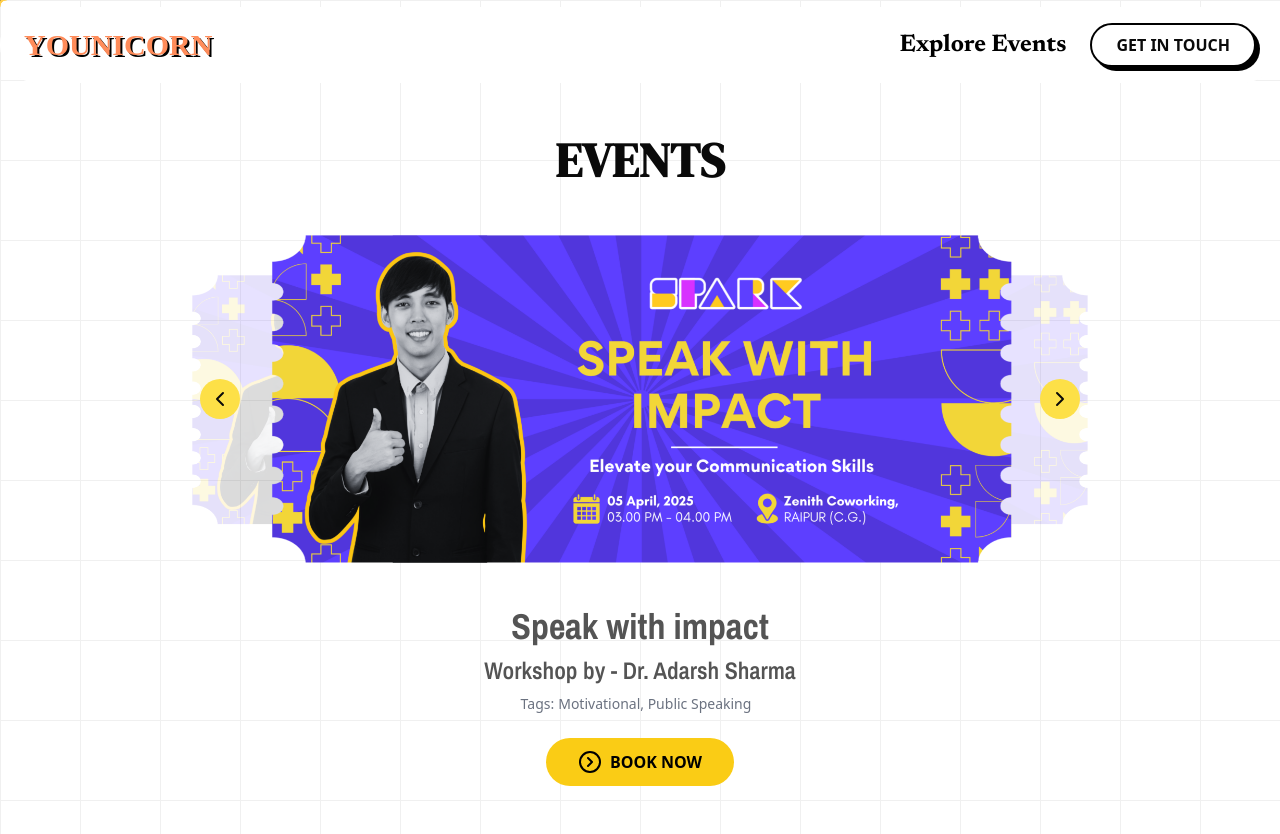
Repository: as-avni/dreamersite
Page: /events
An editor plug-in stored every save of this project. The page is shown before and after the next save, followed by the edit.
The browser window is 1280 px wide. The pictures show the whole page.
Some web fonts or font styles are not loaded; a fallback is used. The project was rebuilt for these pictures with package versions that can differ from the ones it lists, and the page was loaded fresh each time. The framework's server and built-in components were replaced by stand-ins that run in the browser. Also part of the build but not shown: next.config.ts.

Above is the page before, as saved 2025-03-27 17:53:48.

### src/app/layout.tsx

import type { Metadata } from "next";
import { Geist, Geist_Mono } from "next/font/google";
import "./globals.css";
import Header from "@/components/navbar";

const geistSans = Geist({
  variable: "--font-geist-sans",
  subsets: ["latin"],
});

const geistMono = Geist_Mono({
  variable: "--font-geist-mono",
  subsets: ["latin"],
});

export const metadata: Metadata = {
  title: "Younicorn",
  description: "A community of entrepreneurs, aspiring entrepreneurs, leaders and professionals from any industry who come together to gain and give massive exposure to the leaders of tomorrow.",
};

export default function RootLayout({
  children,
}: Readonly<{
  children: React.ReactNode;
}>) {
  return (
    <html lang="en">
      <body className={`${geistSans.variable} ${geistMono.variable}`}>
        <Header />
        {children}
      </body>
    </html>
  );
}

### src/app/events/page.tsx
import CustomCursor from "@/hooks/CustomCursor"
import EventsPage from "./events-page"

export default function Home() {
    return (
        <main className="min-h-screen bg-white font-sans antialiased">
        <CustomCursor />
        <EventsPage />
        </main>
    )
}

### src/app/globals.css
@import url('https://fonts.googleapis.com/css2?family=Anek+Devanagari:wght@100..800&family=Khand:wght@300;400;500;600;700&family=Newsreader:ital,opsz,wght@0,6..72,200..800;1,6..72,200..800&family=Noto+Sans:ital,wght@0,100..900;1,100..900&family=Poppins:ital,wght@0,100;0,200;0,300;0,400;0,500;0,600;0,700;0,800;0,900;1,100;1,200;1,300;1,400;1,500;1,600;1,700;1,800;1,900&family=Rampart+One&display=swap');
@import url('https://fonts.googleapis.com/css2?family=Anek+Devanagari:wght@100..800&family=Archivo+Narrow:ital,wght@0,400..700;1,400..700&family=Khand:wght@300;400;500;600;700&family=Newsreader:ital,opsz,wght@0,6..72,200..800;1,6..72,200..800&family=Noto+Sans:ital,wght@0,100..900;1,100..900&family=Poppins:ital,wght@0,100;0,200;0,300;0,400;0,500;0,600;0,700;0,800;0,900;1,100;1,200;1,300;1,400;1,500;1,600;1,700;1,800;1,900&family=Rampart+One&display=swap');
@import url('https://fonts.googleapis.com/css2?family=Archivo+Narrow:ital,wght@0,400..700;1,400..700&display=swap');

@import url('https://fonts.googleapis.com/css2?family=DM+Serif+Display:ital@0;1&display=swap');


@tailwind base;
@tailwind components;
@tailwind utilities;

html,
body {
  max-width: 100vw;
  overflow-x: hidden;
}

* {
  cursor: none;
}
input, textarea, button, select, a {
  cursor: auto;
}

.blinking-cursor {
  display: inline-block;
  width: 10px;
  height: 5rem; /* Adjust height to match text size */
  vertical-align: middle; /* Align with text */
  animation: blink 0.8s steps(2, start) infinite;
  font-family: 'Courier New', monospace;
}

@keyframes blink {
  50% {
    opacity: 0;
  }
}

body {
  -webkit-font-smoothing: antialiased;
  -moz-osx-font-smoothing: grayscale;

}



* {
  box-sizing: border-box;
  padding: 0;
  margin: 0;
}

a {
  color: inherit;
  text-decoration: none;
}

@media (prefers-color-scheme: dark) {
  html {
    color-scheme: dark;
  }
}

@layer base {
  :root {
    --background: 0 0% 100%;
    --foreground: 0 0% 3.9%;
    --card: 0 0% 100%;
    --card-foreground: 0 0% 3.9%;
    --popover: 0 0% 100%;
    --popover-foreground: 0 0% 3.9%;
    --primary: 0 0% 9%;
    --primary-foreground: 0 0% 98%;
    --secondary: 0 0% 96.1%;
    --secondary-foreground: 0 0% 9%;
    --muted: 0 0% 96.1%;
    --muted-foreground: 0 0% 45.1%;
    --accent: 0 0% 96.1%;
    --accent-foreground: 0 0% 9%;
    --destructive: 0 84.2% 60.2%;
    --destructive-foreground: 0 0% 98%;
    --border: 0 0% 89.8%;
    --input: 0 0% 89.8%;
    --ring: 0 0% 3.9%;
    --chart-1: 12 76% 61%;
    --chart-2: 173 58% 39%;
    --chart-3: 197 37% 24%;
    --chart-4: 43 74% 66%;
    --chart-5: 27 87% 67%;
    --radius: 0.5rem;
  }
  .dark {
    --background: 0 0% 3.9%;
    --foreground: 0 0% 98%;
    --card: 0 0% 3.9%;
    --card-foreground: 0 0% 98%;
    --popover: 0 0% 3.9%;
    --popover-foreground: 0 0% 98%;
    --primary: 0 0% 98%;
    --primary-foreground: 0 0% 9%;
    --secondary: 0 0% 14.9%;
    --secondary-foreground: 0 0% 98%;
    --muted: 0 0% 14.9%;
    --muted-foreground: 0 0% 63.9%;
    --accent: 0 0% 14.9%;
    --accent-foreground: 0 0% 98%;
    --destructive: 0 62.8% 30.6%;
    --destructive-foreground: 0 0% 98%;
    --border: 0 0% 14.9%;
    --input: 0 0% 14.9%;
    --ring: 0 0% 83.1%;
    --chart-1: 220 70% 50%;
    --chart-2: 160 60% 45%;
    --chart-3: 30 80% 55%;
    --chart-4: 280 65% 60%;
    --chart-5: 340 75% 55%;
  }
}

@layer base {
  * {
    @apply border-border;
  }
  body {
    @apply bg-background text-foreground;
  }
}

### src/components/navbar.tsx
"use client";

import { useState } from "react";
import Link from "next/link";

export default function Header() {
  const [isOpen, setIsOpen] = useState(false);

  return (
    <header className="w-full py-4 px-6 flex items-center fixed justify-between top-[1%] z-50 bg-white bg-opacity-100 backdrop-blur-md rounded-full">
      {/* Logo */}
      <div className="flex-shrink-0">
        <Link href="/">
          <span
            className="text-3xl font-extrabold tracking-normal"
            style={{
              color: "#FF8C5A",
              textShadow: "2px 2px 0 #000",
              fontFamily: "Rampart One, cursive",
            }}
          >
            YOUNICORN
          </span>
        </Link>
      </div>

      {/* Mobile Menu Toggle */}
      <button
        className="md:hidden text-3xl"
        onClick={() => setIsOpen(!isOpen)}
      >
        ☰
      </button>

      {/* Navigation Links */}
      <div
        className={`flex flex-col md:flex-row items-center gap-6 ${
          isOpen ? "block" : "hidden md:flex"
        } absolute md:static top-16 left-0 w-full md:w-auto bg-white md:bg-transparent shadow-md md:shadow-none rounded-lg md:rounded-none p-4 md:p-0`}
      >
        <div className="flex flex-col md:flex-row items-center gap-4 md:gap-6 w-full md:w-auto space-y-4 md:space-y-0">
          <Link
            href="/events"
            className="font-bold text-2xl/7 text-black font-newsreader"
          >
            Explore Events
          </Link>

          <Link href="/contact">
            <div className="relative group">
              <div className="absolute inset-0 bg-black rounded-full translate-x-1 translate-y-1"></div>
              <button className="relative bg-white border-2 border-black rounded-full px-6 py-2 font-bold transition-transform group-hover:-translate-x-0.5 group-hover:-translate-y-0.5">
                GET IN TOUCH
              </button>
            </div>
          </Link>
        </div>
      </div>
    </header>
  );
}

### src/hooks/CustomCursor.tsx
"use client";

import { useEffect, useState } from "react";
import Image from "next/image";

export default function CustomCursor() {
  const [position, setPosition] = useState<{ x: number; y: number }>({ x: 0, y: 0 });

  useEffect(() => {
    const moveCursor = (e: MouseEvent) => {
      setPosition({ x: e.clientX, y: e.clientY });
    };

    window.addEventListener("mousemove", moveCursor);
    return () => window.removeEventListener("mousemove", moveCursor);
  }, []);

  return (
    <div
      style={{
        position: "fixed",  // Changed from "absolute" to "fixed"
        top: `${position.y}px`,
        left: `${position.x}px`,
        transform: "translate(-50%, -50%)",
        pointerEvents: "none",
        zIndex: 9999,  // Ensures it's above all elements
      }}
    >
      <Image src="/cursor.png" alt="Custom Cursor" width={40} height={40} />
    </div>
  );
}

### src/app/events/events-page.tsx
"use client"

import { useState } from "react"
import { ArrowRight, ChevronLeft, ChevronRight, ChevronRightCircle } from "lucide-react"
import Image from "next/image"
// import Link from "next/link"

// Event data
const events = [
{
    id: 1,
    image: "/images/event-ticket.png",
    title: "Speak with impact",
    presenter: "Dr. Adarsh Sharma",
    tags: ["Motivational", "Public Speaking"],
},
{
    id: 2,
    image: "/images/event-ticket.png",
    title: "Design Thinking Workshop",
    presenter: "Sarah Johnson",
    tags: ["Design", "Innovation"],
},
{
    id: 3,
    image: "/images/event-ticket.png",
    title: "Startup Funding Masterclass",
    presenter: "Michael Chen",
    tags: ["Business", "Finance"],
},
]

export default function EventsPage() {
const [currentIndex, setCurrentIndex] = useState(0)
const currentEvent = events[currentIndex]

const goToPrevious = () => {
    const isFirstSlide = currentIndex === 0
    const newIndex = isFirstSlide ? events.length - 1 : currentIndex - 1
    setCurrentIndex(newIndex)
}

const goToNext = () => {
    const isLastSlide = currentIndex === events.length - 1
    const newIndex = isLastSlide ? 0 : currentIndex + 1
    setCurrentIndex(newIndex)
}

return (
    <div className="min-h-screen bg-white bg-[linear-gradient(#f0f0f0_1px,transparent_1px),linear-gradient(90deg,#f0f0f0_1px,transparent_1px)] bg-[size:80px_80px] flex flex-col items-center px-4 py-8">


    {/* Events Heading */}8
    <h1 className="text-5xl font-bold mt-20 font-dmSerif">EVENTS</h1>

    {/* Event Carousel */}
    <div className="w-full max-w-4xl relative mb-8 my-10">
        {/* Navigation Arrows */}
        <button
        onClick={goToPrevious}
        className="absolute left-2 top-1/2 -translate-y-1/2 bg-yellow-300 rounded-full p-2 z-10 hover:bg-yellow-400 transition-colors"
        >
        <ChevronLeft className="h-6 w-6" />
        </button>
        <button
        onClick={goToNext}
        className="absolute right-2 top-1/2 -translate-y-1/2 bg-yellow-300 rounded-full p-2 z-10 hover:bg-yellow-400 transition-colors"
        >
        <ChevronRight className="h-6 w-6" />
        </button>

        {/* Event Ticket/Banner Image */}
        <div className="w-full h-[350px] rounded-2xl overflow-hidden">
            <Image
                src={currentEvent.image || "/placeholder.svg"}
                alt={currentEvent.title}
                width={800}
                height={220}
                className="w-full h-full object-contain"
            />
        </div>
    </div>

    {/* Event Details - Changes based on current carousel item */}
    <div className="text-center mb-4">
        <h2 className="text-4xl font-bold font-archivenarrow text-[#545454] tracking-normal mb-2">{currentEvent.title}</h2>
        <p className="text-2xl font-archivenarrow text-[#545454] font-semibold mb-2">Workshop by - {currentEvent.presenter}</p>

        <div className="flex justify-center items-center mb-6">
        <div className="inline-flex items-center">
            <span className="text-sm text-gray-500">Tags: </span>
            <span className="text-sm text-gray-500 ml-1">{currentEvent.tags.join(", ")}</span>
        </div>
        <div className="ml-2 text-yellow-500">
            {/* <svg width="16" height="16" viewBox="0 0 24 24" fill="none" xmlns="http://www.w3.org/2000/svg"> */}
            {/* <path d="M12 3L20 10L12 17L4 10L12 3Z" fill="currentColor" /> */}
            {/* </svg> */}
        </div>
        </div>

        <button className="bg-yellow-400 text-black px-8 py-3 rounded-full font-bold flex items-center mx-auto hover:bg-yellow-500 transition-colors">
        <div className=" mr-2 rounded-full">
            <ChevronRightCircle className="h-6 w-6" />
        </div>
        <span>BOOK NOW</span>
        </button>
    </div>
    </div>
)
}

### tailwind.config.js
/** @type {import('tailwindcss').Config} */
module.exports = {
    darkMode: ["class"],
    content: [
    "./app/**/*.{js,ts,jsx,tsx,mdx}",
    "./pages/**/*.{js,ts,jsx,tsx,mdx}",
    "./components/**/*.{js,ts,jsx,tsx,mdx}",
    "./src/**/*.{js,ts,jsx,tsx,mdx}",
],
	theme: {
		extend: {
			fontFamily: {
				poppins: [
					'Poppins',
					'sans-serif'
				],
				notosans: [
					'Noto Sans',
					'sans-serif'
				],
				rampartone: [
					'Rampart One',
					'cursive'
				],
				newsreader: [
					'Newsreader',
					'serif'
				],
				pacifico: [
					'Pacifico',
					'cursive'
				],
				dmSerif: [
					'DM Serif Display',
					"serif"
				],
				archivenarrow: [
					'Archivo Narrow',
					'sans-serif'
				]
			},
			borderRadius: {
				lg: 'var(--radius)',
				md: 'calc(var(--radius) - 2px)',
				sm: 'calc(var(--radius) - 4px)'
			},
			colors: {
				background: 'hsl(var(--background))',
				foreground: 'hsl(var(--foreground))',
				card: {
					DEFAULT: 'hsl(var(--card))',
					foreground: 'hsl(var(--card-foreground))'
				},
				popover: {
					DEFAULT: 'hsl(var(--popover))',
					foreground: 'hsl(var(--popover-foreground))'
				},
				primary: {
					DEFAULT: 'hsl(var(--primary))',
					foreground: 'hsl(var(--primary-foreground))'
				},
				secondary: {
					DEFAULT: 'hsl(var(--secondary))',
					foreground: 'hsl(var(--secondary-foreground))'
				},
				muted: {
					DEFAULT: 'hsl(var(--muted))',
					foreground: 'hsl(var(--muted-foreground))'
				},
				accent: {
					DEFAULT: 'hsl(var(--accent))',
					foreground: 'hsl(var(--accent-foreground))'
				},
				destructive: {
					DEFAULT: 'hsl(var(--destructive))',
					foreground: 'hsl(var(--destructive-foreground))'
				},
				border: 'hsl(var(--border))',
				input: 'hsl(var(--input))',
				ring: 'hsl(var(--ring))',
				chart: {
					'1': 'hsl(var(--chart-1))',
					'2': 'hsl(var(--chart-2))',
					'3': 'hsl(var(--chart-3))',
					'4': 'hsl(var(--chart-4))',
					'5': 'hsl(var(--chart-5))'
				}
			}
		}
	},
	plugins: [import("tailwindcss-animate")],
	}

After the next save:
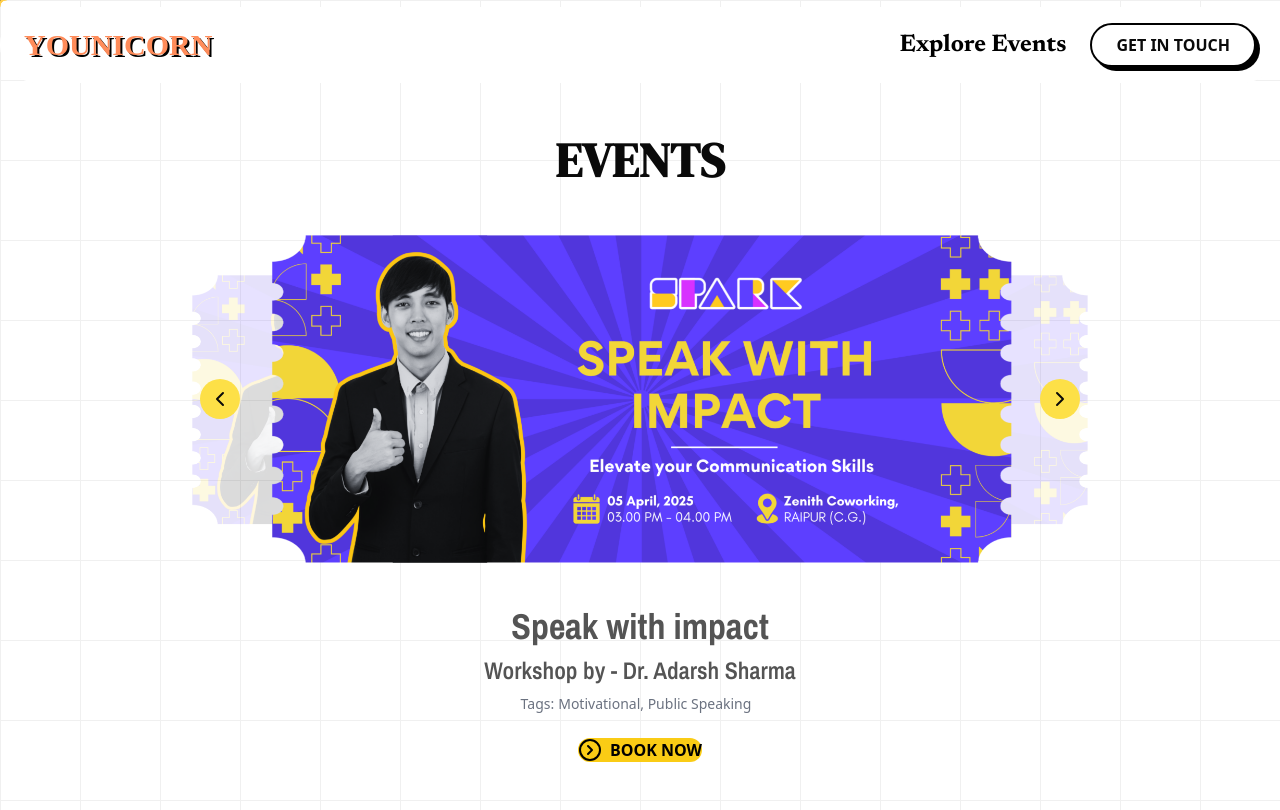
Saved 17 s later.
--- a/src/app/events/events-page.tsx
+++ b/src/app/events/events-page.tsx
@@ -98,7 +98,7 @@
         </div>
         </div>
 
-        <button className="bg-yellow-400 text-black px-8 py-3 rounded-full font-bold flex items-center mx-auto hover:bg-yellow-500 transition-colors">
+        <button className="bg-yellow-400 text-black  rounded-full font-bold flex items-center mx-auto hover:bg-yellow-500 transition-colors">
         <div className=" mr-2 rounded-full">
             <ChevronRightCircle className="h-6 w-6" />
         </div>

After the save that followed:
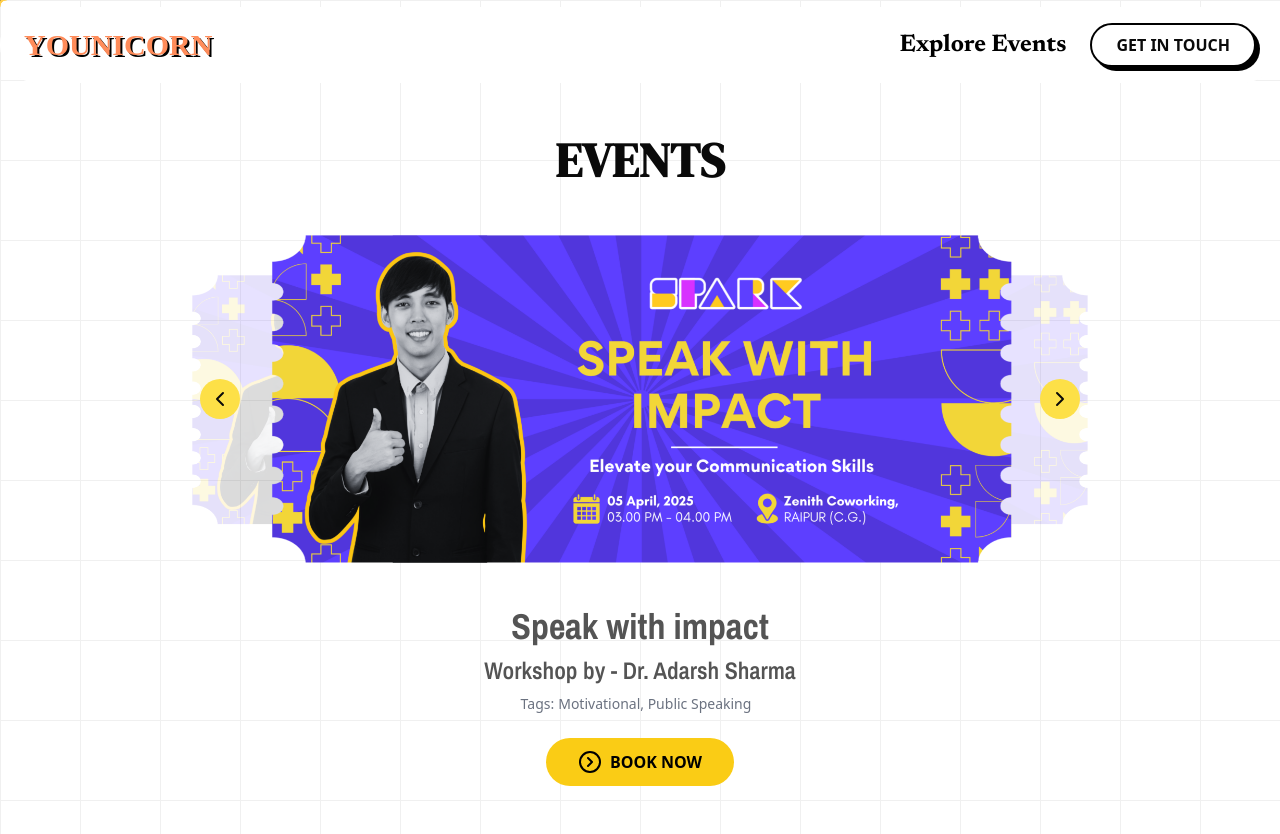
Saved 6 s later.
--- a/src/app/events/events-page.tsx
+++ b/src/app/events/events-page.tsx
@@ -98,7 +98,7 @@
         </div>
         </div>
 
-        <button className="bg-yellow-400 text-black  rounded-full font-bold flex items-center mx-auto hover:bg-yellow-500 transition-colors">
+        <button className="bg-yellow-400 text-black px-8 py-3 rounded-full font-bold flex items-center mx-auto hover:bg-yellow-500 transition-colors">
         <div className=" mr-2 rounded-full">
             <ChevronRightCircle className="h-6 w-6" />
         </div>
